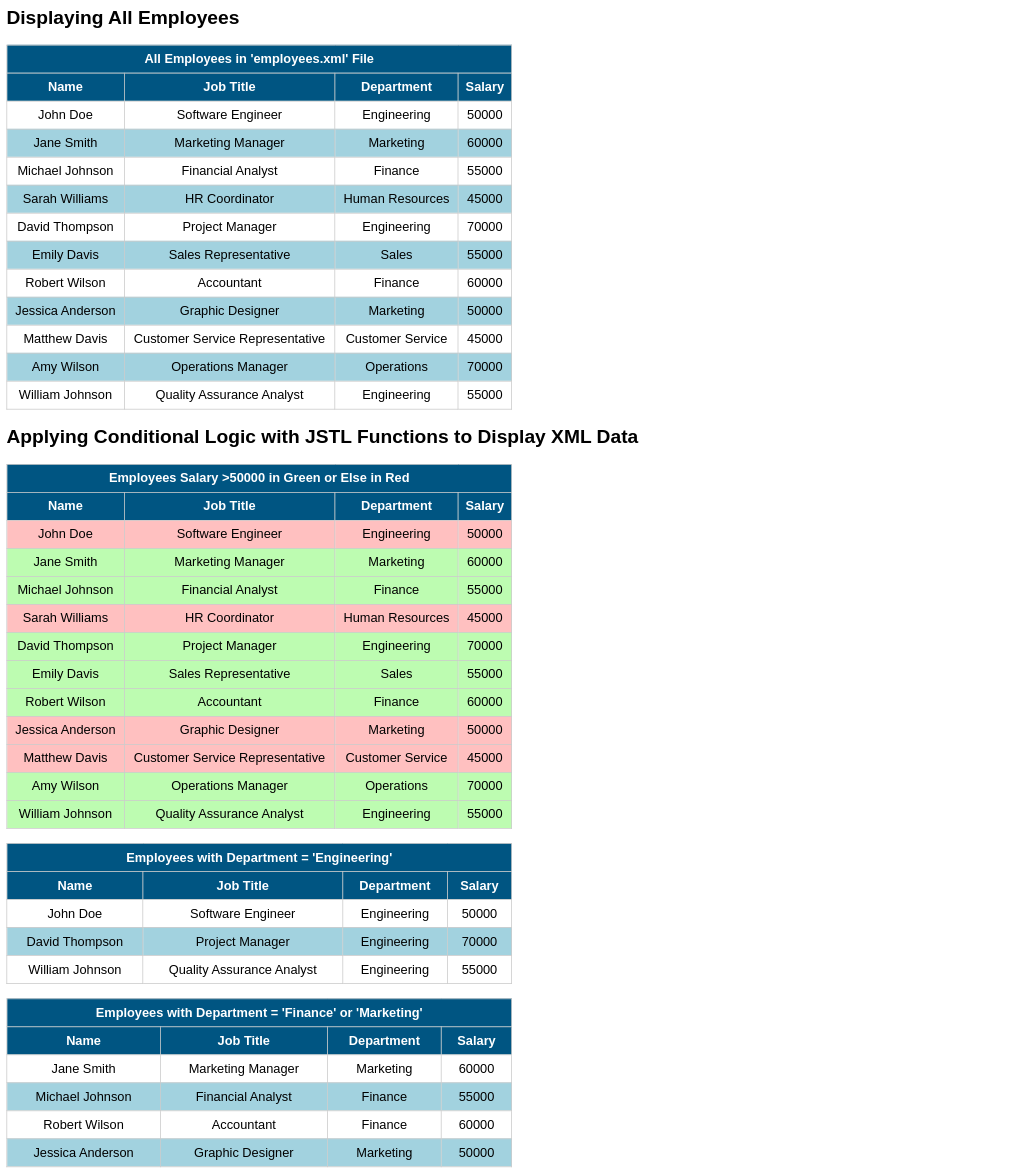
Repository: bkyncl/csd-430
Page: http://localhost/kyncl_mod9/
These files come from the project's save history. The page is drawn as it stood at one moment and after the next save; the edit follows.
The browser window is 1280 px wide. The pictures show the whole page, at 80% of full size.
The page is served by Tomcat 9.

Above is the page before, as saved 2023-07-05 06:43:21.

After the next save:
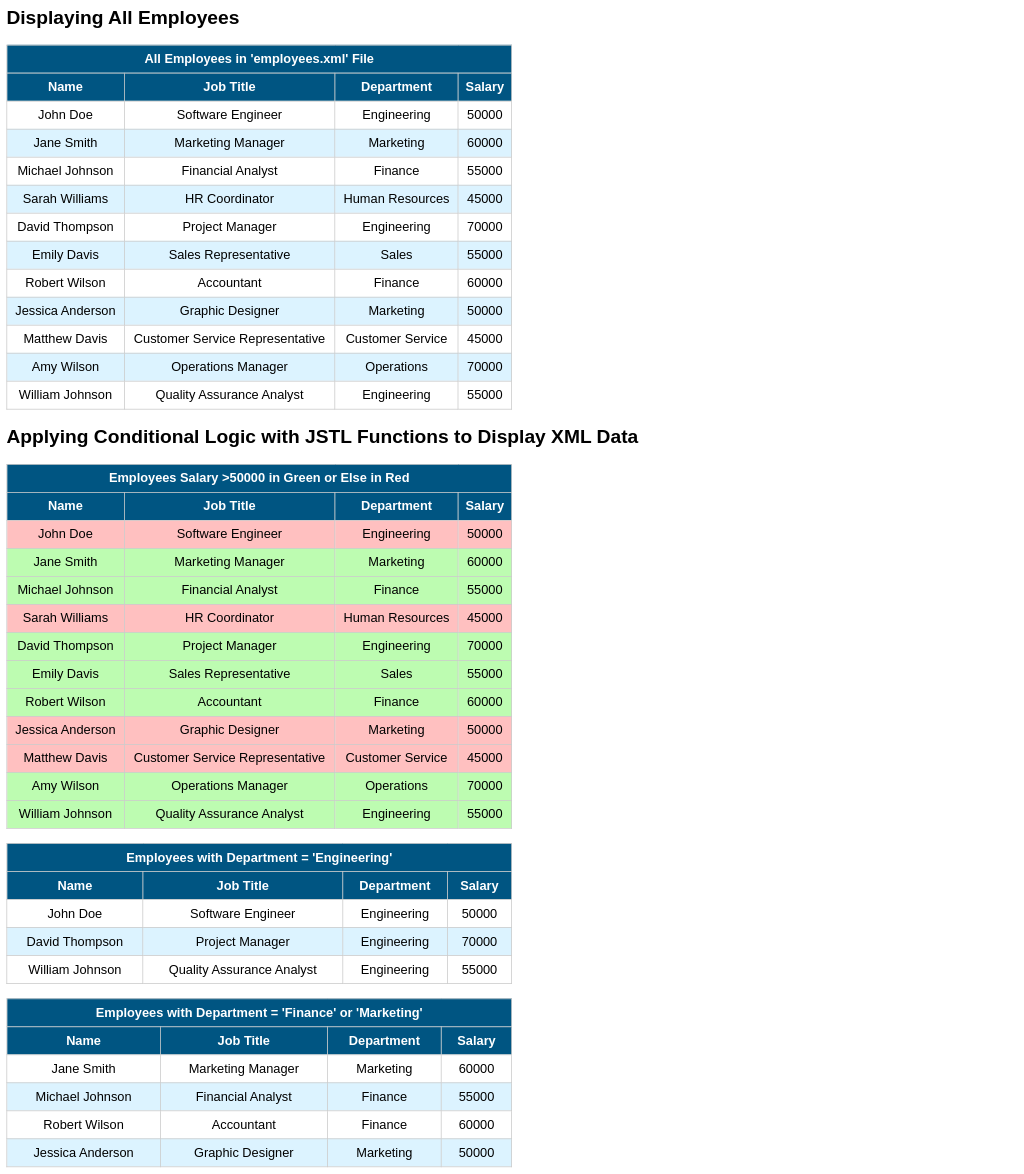
Saved 17 s later.
--- a/kyncl_mod9/src/main/webapp/styles.css
+++ b/kyncl_mod9/src/main/webapp/styles.css
@@ -7,7 +7,7 @@ table {
   border-collapse: collapse;
 }
 table tr:nth-child(even) {
-  background-color: #a2d2df; /* Replace with your desired color */
+  background-color: #dcf3ff; /* Replace with your desired color */
 }
 
 table th, table td {
